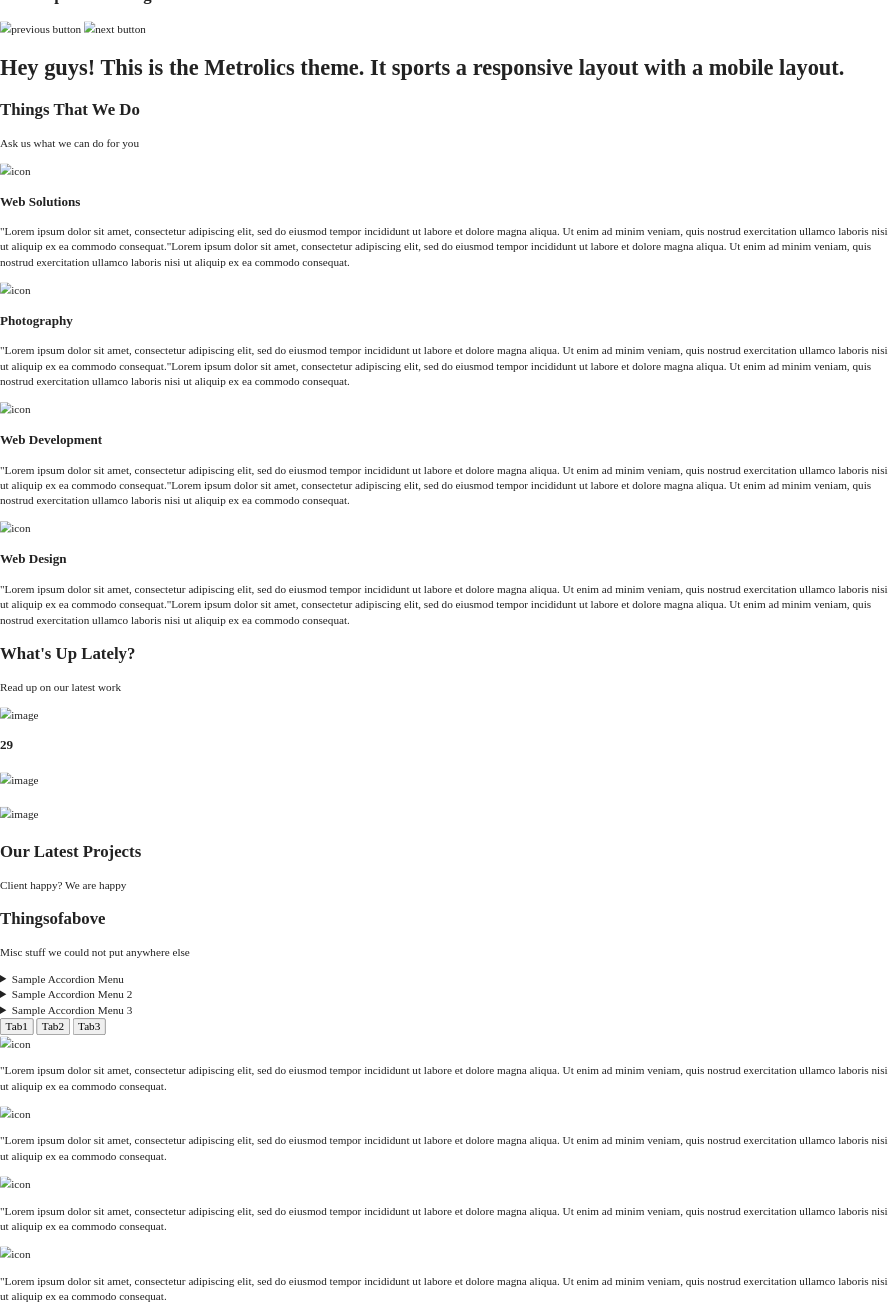
Repository: eilidhma/metrolics
Page: index.html
An editor plug-in stored every save of this project. The page is shown before and after a run of saves, followed by the edit.
The browser window is 1280 px wide. The pictures show the part of the page from y = 692 to 2612 px (the page is 2572 px tall before and 2612 px after), at 70% of full size.

Above is the page before, as saved 2021-01-27 00:08:52.

### index.html
<!doctype html>
<html class="no-js" lang="">

<head>
  <meta charset="utf-8">
  <title>Metrolics</title>
  <meta name="description" content="">
  <meta name="viewport" content="width=device-width, initial-scale=1">

  <meta property="og:title" content="">
  <meta property="og:type" content="">
  <meta property="og:url" content="">
  <meta property="og:image" content="">

  <link rel="manifest" href="site.webmanifest">
  <link rel="apple-touch-icon" href="icon.png">
  <!-- Place favicon.ico in the root directory -->

  <link rel="stylesheet" href="css/normalize.css">
  <link rel="stylesheet" href="css/main.css">

  <meta name="theme-color" content="#fafafa">
</head>


<!-- Add your site or application content here -->
<body class="page__home">
  <header class="page__header">
    <div class="page__title">
      <h1 class="large__headings">Metrolics</h1>
      <img src="" alt="metrolics__logo" class="header__icon">
    </div>
    <nav class="page__navigation">
      <ul class="navigation__section">
        <li class="navigation_items">
          <img src="" alt="home__icon" class="nav__icons">
          <p class="nav__titles">Home</p>
        </li>
        <li class="navigation_items">
          <img src="" alt="pages__icon" class="nav__icons">
          <p class="nav__titles">Pages</p>
        </li>
        <li class="navigation_items">
          <img src="" alt="blog__icon" class="nav__icons">
          <p class="nav__titles">Blog</p>
        </li>
        <li class="navigation_items">
          <img src="" alt="portfolio__icon" class="nav__icons">
          <p class="nav__titles">Portfolio</p>
        </li>
        <li class="navigation_items">
          <img src="" alt="mail__icon" class="nav__icons">
          <p class="nav__titles">Home</p>
        </li>
      </ul>
    </nav>
  </header>

  <section class="hero__section">
    <img src="" alt="hero__images">
    <ul class="hero__headings">
      <li>
        <div class="hero__headings__colour1"></div>
        <h2 class="medium__headings">Metro Style</h2>
      </li>
      <li>
        <div class="hero__headings__colour2"></div>
        <h2 class="medium__headings">Retina Ready</h2>
      </li>
      <li>
        <div class="hero__headings__colour3"></div>
        <h2 class="medium__headings">Responsive Design</h2>
      </li>
    </ul>
    <a class="prev" onclick="">
      <img src="" alt="previous button" class="prev__icon">
    </a>
    <a class="next" onclick="">
      <img src="" alt="next button" class="next__icon">
    </a>
  </section>

  <main class="page__main">
    <h1 class="large__headings">Hey guys! This is the Metrolics theme. It sports a responsive layout with a mobile layout.</h1>
    <h2 class="medium__headings">Things That We Do</h2>
    <p class="main__text">Ask us what we can do for you</p>

    <section class="main__content__four__columns">
      <div class="four_column_item">
        <img src="" alt="icon" class="four_column_icon">
        <h3 class="four_column_headers">Web Solutions</h3>
        <p class="four_column_text">"Lorem ipsum dolor sit amet, consectetur adipiscing elit, sed do eiusmod tempor incididunt ut labore et dolore magna aliqua. Ut enim ad minim veniam, quis nostrud exercitation ullamco laboris nisi ut aliquip ex ea commodo consequat."Lorem ipsum dolor sit amet, consectetur adipiscing elit, sed do eiusmod tempor incididunt ut labore et dolore magna aliqua. Ut enim ad minim veniam, quis nostrud exercitation ullamco laboris nisi ut aliquip ex ea commodo consequat.</p>
      </div>
      <div class="four_column_item">
        <img src="" alt="icon" class="four_column_icon">
        <h3 class="four_column_headers">Photography</h3>
        <p class="four_column_text">"Lorem ipsum dolor sit amet, consectetur adipiscing elit, sed do eiusmod tempor incididunt ut labore et dolore magna aliqua. Ut enim ad minim veniam, quis nostrud exercitation ullamco laboris nisi ut aliquip ex ea commodo consequat."Lorem ipsum dolor sit amet, consectetur adipiscing elit, sed do eiusmod tempor incididunt ut labore et dolore magna aliqua. Ut enim ad minim veniam, quis nostrud exercitation ullamco laboris nisi ut aliquip ex ea commodo consequat.</p>
      </div>
      <div class="four_column_item">
        <img src="" alt="icon" class="four_column_icon">
        <h3 class="four_column_headers">Web Development</h3>
        <p class="four_column_text">"Lorem ipsum dolor sit amet, consectetur adipiscing elit, sed do eiusmod tempor incididunt ut labore et dolore magna aliqua. Ut enim ad minim veniam, quis nostrud exercitation ullamco laboris nisi ut aliquip ex ea commodo consequat."Lorem ipsum dolor sit amet, consectetur adipiscing elit, sed do eiusmod tempor incididunt ut labore et dolore magna aliqua. Ut enim ad minim veniam, quis nostrud exercitation ullamco laboris nisi ut aliquip ex ea commodo consequat.</p>
      </div>
      <div class="four_column_item">
        <img src="" alt="icon" class="four_column_icon">
        <h3 class="four_column_headers">Web Design</h3>
        <p class="four_column_text">"Lorem ipsum dolor sit amet, consectetur adipiscing elit, sed do eiusmod tempor incididunt ut labore et dolore magna aliqua. Ut enim ad minim veniam, quis nostrud exercitation ullamco laboris nisi ut aliquip ex ea commodo consequat."Lorem ipsum dolor sit amet, consectetur adipiscing elit, sed do eiusmod tempor incididunt ut labore et dolore magna aliqua. Ut enim ad minim veniam, quis nostrud exercitation ullamco laboris nisi ut aliquip ex ea commodo consequat.</p>
      </div>
    </section>

    <h2 class="medium__headings">What's Up Lately?</h2>
    <p class="main__text">Read up on our latest work</p>

    <section class="main__content__three__columns">
      <div class="three__column__item">
        <img src="" alt="image" class="content__image">
        <div class="corner__content">
          <h3 class="three__column__headers">29</h3>
          <h6 class="subtext"></h6>
        </div>
      </div>
      <div class="three__column__item">
        <img src="" alt="image" class="content__image">
        <div class="corner__content">
          <h3 class="three__column__headers"></h3>
          <h6 class="subtext"></h6>
      </div>
      <div class="three__column__item">
        <img src="" alt="image" class="content__image">
        <div class="corner__content">
          <h3 class="three__column__headers"></h3>
          <h6 class="subtext"></h6>
      </div>
    </section>

    <!-- SLIDER??? -->

    <h2 class="medium__headings">Our Latest Projects</h2>
    <p class="main__text">Client happy? We are happy</p>

    <section>
      <div></div>
      <div></div>
      <div></div>
      <div></div>
      <div></div>
      <div></div>
    </section>

    <h2 class="medium__headings">Thingsofabove</h2>
    <p class="main__text">Misc stuff we could not put anywhere else</p>

    <section class="detailed_content">
      <div class="menus">
        <details class="menus_items">
          <summary class="menu_titles">Sample Accordion Menu</summary>
          <img src="" alt="menu item icon" class="menu_icons">
          <h4 class="menu__content__titles"></h4>
          <p class="menu__content__text"></p>
        </details>
        <details class="menus_items">
          <summary class="menu_titles">Sample Accordion Menu 2</summary>
          <img src="" alt="menu item icon" class="menu_icons">
          <h4 class="menu__content__titles"></h4>
          <p class="menu__content__text"></p>
        </details>
        <details class="menus_items">
          <summary class="menu_titles">Sample Accordion Menu 3</summary>
          <img src="" alt="menu item icon" class="menu_icons">
          <h4 class="menu__content__titles"></h4>
          <p class="menu__content__text"></p>
        </details>
      </div>
      <div class="tabs">
        <nav class="tab_nav">
          <button class="tab__buttons" onclick="">Tab1</button>
          <button class="tab__buttons" onclick="">Tab2</button>
          <button class="tab__buttons" onclick="">Tab3</button>
        </nav>
        <div class="tab__content">
          <div class="tab__items">
            <img src="" alt="icon" class="tab__icons">
            <p class="tab__text">"Lorem ipsum dolor sit amet, consectetur adipiscing elit, sed do eiusmod tempor incididunt ut labore et dolore magna aliqua. Ut enim ad minim veniam, quis nostrud exercitation ullamco laboris nisi ut aliquip ex ea commodo consequat. </p>
          </div>
          <div class="tab__items">
            <img src="" alt="icon" class="tab__icons">
            <p class="tab__text">"Lorem ipsum dolor sit amet, consectetur adipiscing elit, sed do eiusmod tempor incididunt ut labore et dolore magna aliqua. Ut enim ad minim veniam, quis nostrud exercitation ullamco laboris nisi ut aliquip ex ea commodo consequat. </p>
          </div>
          <div class="tab__items">
            <img src="" alt="icon" class="tab__icons">
            <p class="tab__text">"Lorem ipsum dolor sit amet, consectetur adipiscing elit, sed do eiusmod tempor incididunt ut labore et dolore magna aliqua. Ut enim ad minim veniam, quis nostrud exercitation ullamco laboris nisi ut aliquip ex ea commodo consequat. </p>
          </div>
          <div class="tab__items">
            <img src="" alt="icon" class="tab__icons">
            <p class="tab__text">"Lorem ipsum dolor sit amet, consectetur adipiscing elit, sed do eiusmod tempor incididunt ut labore et dolore magna aliqua. Ut enim ad minim veniam, quis nostrud exercitation ullamco laboris nisi ut aliquip ex ea commodo consequat. </p>
          </div>
        </div>
      </div>
    </section>
  </main>





  <script src="js/vendor/modernizr-3.11.2.min.js"></script>
  <script src="js/plugins.js"></script>
  <script src="js/main.js"></script>

  <!-- Google Analytics: change UA-XXXXX-Y to be your site's ID. -->
  <script>
    window.ga = function () { ga.q.push(arguments) }; ga.q = []; ga.l = +new Date;
    ga('create', 'UA-XXXXX-Y', 'auto'); ga('set', 'anonymizeIp', true); ga('set', 'transport', 'beacon'); ga('send', 'pageview')
  </script>
  <script src="https://www.google-analytics.com/analytics.js" async></script>
</body>

</html>

### css/main.css
/*! HTML5 Boilerplate v8.0.0 | MIT License | https://html5boilerplate.com/ */

/* main.css 2.1.0 | MIT License | https://github.com/h5bp/main.css#readme */
/*
 * What follows is the result of much research on cross-browser styling.
 * Credit left inline and big thanks to Nicolas Gallagher, Jonathan Neal,
 * Kroc Camen, and the H5BP dev community and team.
 */

/* ==========================================================================
   Base styles: opinionated defaults
   ========================================================================== */

html {
  color: #222;
  font-size: 1em;
  line-height: 1.4;
}

/*
 * Remove text-shadow in selection highlight:
 * https://twitter.com/miketaylr/status/12228805301
 *
 * Vendor-prefixed and regular ::selection selectors cannot be combined:
 * https://stackoverflow.com/a/16982510/7133471
 *
 * Customize the background color to match your design.
 */

::-moz-selection {
  background: #b3d4fc;
  text-shadow: none;
}

::selection {
  background: #b3d4fc;
  text-shadow: none;
}

/*
 * A better looking default horizontal rule
 */

hr {
  display: block;
  height: 1px;
  border: 0;
  border-top: 1px solid #ccc;
  margin: 1em 0;
  padding: 0;
}

/*
 * Remove the gap between audio, canvas, iframes,
 * images, videos and the bottom of their containers:
 * https://github.com/h5bp/html5-boilerplate/issues/440
 */

audio,
canvas,
iframe,
img,
svg,
video {
  vertical-align: middle;
}

/*
 * Remove default fieldset styles.
 */

fieldset {
  border: 0;
  margin: 0;
  padding: 0;
}

/*
 * Allow only vertical resizing of textareas.
 */

textarea {
  resize: vertical;
}

/* ==========================================================================
   Author's custom styles
   ========================================================================== */

/* ==========================================================================
   Helper classes
   ========================================================================== */

/*
 * Hide visually and from screen readers
 */

.hidden,
[hidden] {
  display: none !important;
}

/*
 * Hide only visually, but have it available for screen readers:
 * https://snook.ca/archives/html_and_css/hiding-content-for-accessibility
 *
 * 1. For long content, line feeds are not interpreted as spaces and small width
 *    causes content to wrap 1 word per line:
 *    https://medium.com/@jessebeach/beware-smushed-off-screen-accessible-text-5952a4c2cbfe
 */

.sr-only {
  border: 0;
  clip: rect(0, 0, 0, 0);
  height: 1px;
  margin: -1px;
  overflow: hidden;
  padding: 0;
  position: absolute;
  white-space: nowrap;
  width: 1px;
  /* 1 */
}

/*
 * Extends the .sr-only class to allow the element
 * to be focusable when navigated to via the keyboard:
 * https://www.drupal.org/node/897638
 */

.sr-only.focusable:active,
.sr-only.focusable:focus {
  clip: auto;
  height: auto;
  margin: 0;
  overflow: visible;
  position: static;
  white-space: inherit;
  width: auto;
}

/*
 * Hide visually and from screen readers, but maintain layout
 */

.invisible {
  visibility: hidden;
}

/*
 * Clearfix: contain floats
 *
 * For modern browsers
 * 1. The space content is one way to avoid an Opera bug when the
 *    `contenteditable` attribute is included anywhere else in the document.
 *    Otherwise it causes space to appear at the top and bottom of elements
 *    that receive the `clearfix` class.
 * 2. The use of `table` rather than `block` is only necessary if using
 *    `:before` to contain the top-margins of child elements.
 */

.clearfix::before,
.clearfix::after {
  content: " ";
  display: table;
}

.clearfix::after {
  clear: both;
}

/* ==========================================================================
   EXAMPLE Media Queries for Responsive Design.
   These examples override the primary ('mobile first') styles.
   Modify as content requires.
   ========================================================================== */

@media only screen and (min-width: 35em) {
  /* Style adjustments for viewports that meet the condition */
}

@media print,
  (-webkit-min-device-pixel-ratio: 1.25),
  (min-resolution: 1.25dppx),
  (min-resolution: 120dpi) {
  /* Style adjustments for high resolution devices */
}

/* ==========================================================================
   Print styles.
   Inlined to avoid the additional HTTP request:
   https://www.phpied.com/delay-loading-your-print-css/
   ========================================================================== */

@media print {
  *,
  *::before,
  *::after {
    background: #fff !important;
    color: #000 !important;
    /* Black prints faster */
    box-shadow: none !important;
    text-shadow: none !important;
  }

  a,
  a:visited {
    text-decoration: underline;
  }

  a[href]::after {
    content: " (" attr(href) ")";
  }

  abbr[title]::after {
    content: " (" attr(title) ")";
  }

  /*
   * Don't show links that are fragment identifiers,
   * or use the `javascript:` pseudo protocol
   */
  a[href^="#"]::after,
  a[href^="javascript:"]::after {
    content: "";
  }

  pre {
    white-space: pre-wrap !important;
  }

  pre,
  blockquote {
    border: 1px solid #999;
    page-break-inside: avoid;
  }

  /*
   * Printing Tables:
   * https://web.archive.org/web/20180815150934/http://css-discuss.incutio.com/wiki/Printing_Tables
   */
  thead {
    display: table-header-group;
  }

  tr,
  img {
    page-break-inside: avoid;
  }

  p,
  h2,
  h3 {
    orphans: 3;
    widows: 3;
  }

  h2,
  h3 {
    page-break-after: avoid;
  }
}

### js/plugins.js
// Avoid `console` errors in browsers that lack a console.
(function() {
  var method;
  var noop = function () {};
  var methods = [
    'assert', 'clear', 'count', 'debug', 'dir', 'dirxml', 'error',
    'exception', 'group', 'groupCollapsed', 'groupEnd', 'info', 'log',
    'markTimeline', 'profile', 'profileEnd', 'table', 'time', 'timeEnd',
    'timeline', 'timelineEnd', 'timeStamp', 'trace', 'warn'
  ];
  var length = methods.length;
  var console = (window.console = window.console || {});

  while (length--) {
    method = methods[length];

    // Only stub undefined methods.
    if (!console[method]) {
      console[method] = noop;
    }
  }
}());

// Place any jQuery/helper plugins in here.

Loaded but not shown: css/normalize.css (library); js/vendor/modernizr-3.11.2.min.js (library); js/main.js (no copy from this time; the picture is the same without it)

After the next 2 saves:
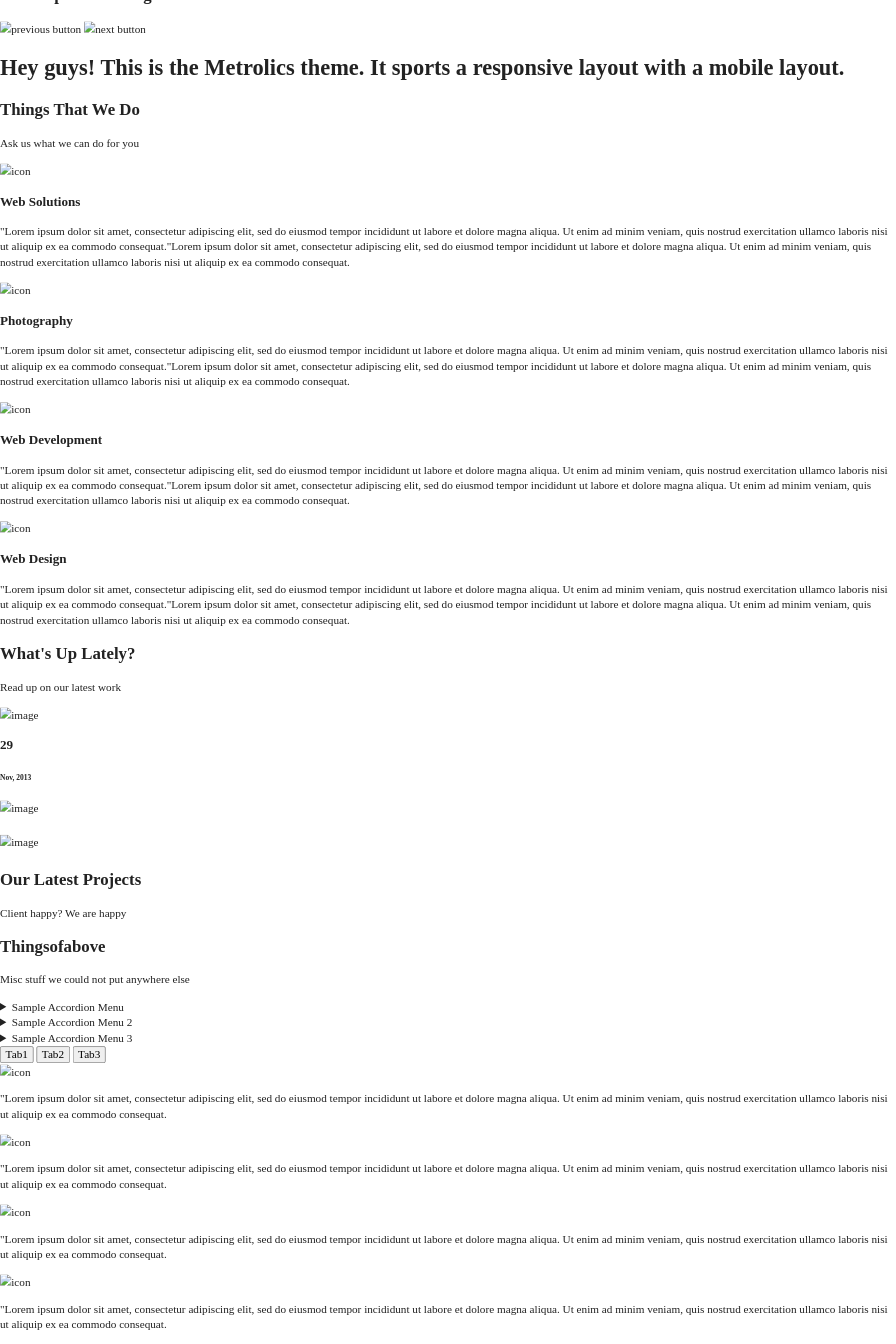
The 2 saves are shown as one change because they came seconds apart.
The last was saved 8 s later.
--- a/index.html
+++ b/index.html
@@ -116,7 +116,7 @@
         <img src="" alt="image" class="content__image">
         <div class="corner__content">
           <h3 class="three__column__headers">29</h3>
-          <h6 class="subtext"></h6>
+          <h6 class="subtext">Nov, 2013</h6>
         </div>
       </div>
       <div class="three__column__item">
